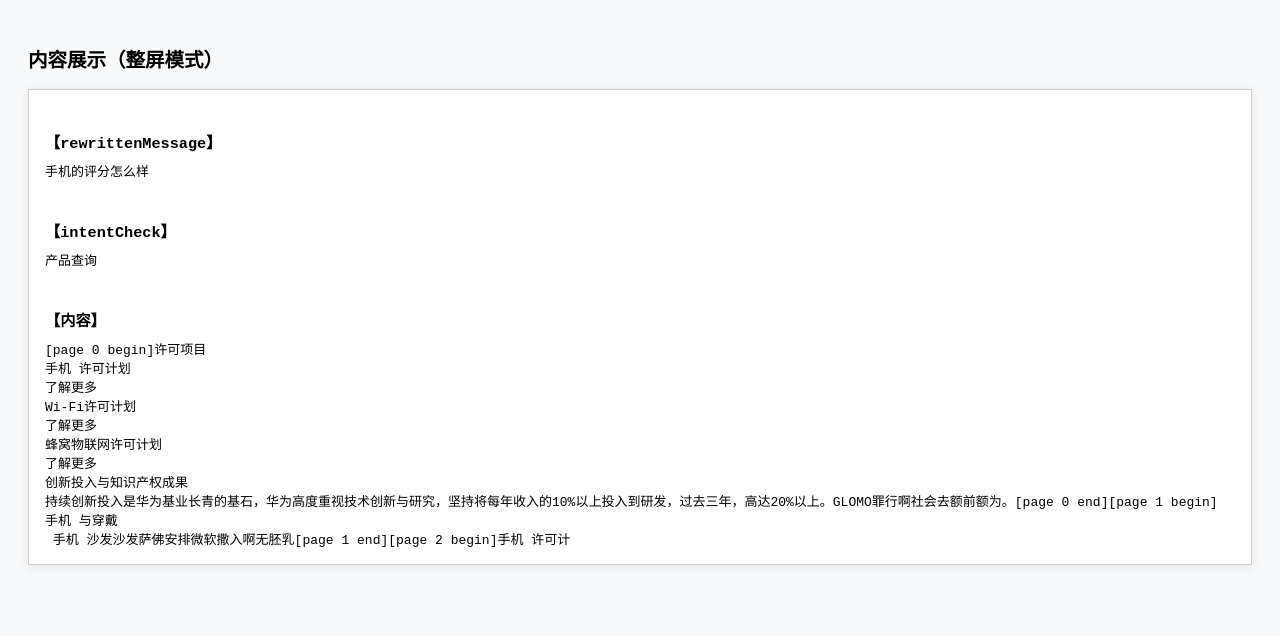
Repository: li-2019220129/test-editor
Page: index1.html
An editor plug-in stored every save of this project. The page is shown before and after the next save, followed by the edit.
The browser window is 1280 px wide. The pictures show the whole page.

Above is the page before, as saved 2025-06-05 21:32:52.

After the next save:
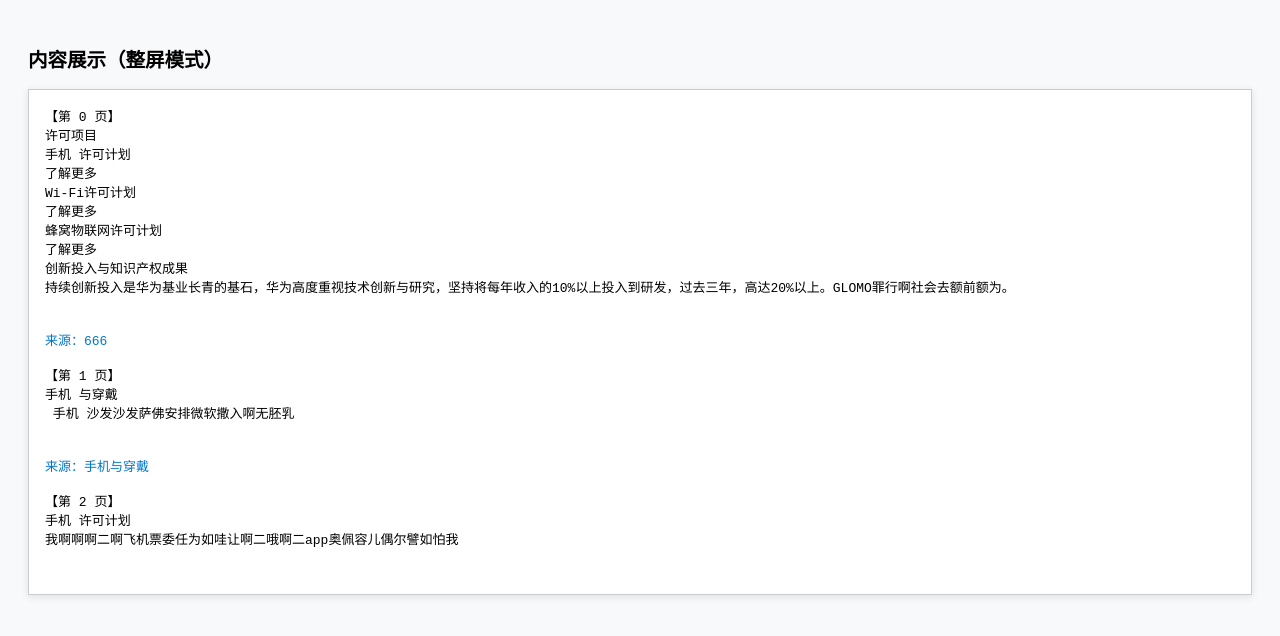
Saved 33 s later.
--- a/index1.html
+++ b/index1.html
@@ -25,9 +25,6 @@
         display: block;
         margin: 4px 0 16px 0;
       }
-      h3 {
-        margin: 24px 0 8px 0;
-      }
     </style>
   </head>
   <body>
@@ -48,6 +45,23 @@
         })
         .filter(Boolean);
 
+      const ragObj = parsedObjects.find((obj) =>
+        obj.content?.includes("[page 0 begin]")
+      );
+      const pages = [];
+      if (ragObj?.content) {
+        const pageMatches = ragObj.content.match(
+          /\[page \d+ begin](.*?)\[page \d+ end]/gs
+        );
+        pageMatches?.forEach((match, idx) => {
+          const content = match.replace(/\[page \d+ (begin|end)]/g, "").trim();
+          pages.push(content);
+        });
+      }
+
+      const sourceTitles = ragObj?.source_title || [];
+      const sourceUrls = ragObj?.source_url || [];
+
       const output = document.getElementById("output");
 
       async function typeText(text, container, delay = 20) {
@@ -60,56 +74,19 @@
       }
 
       async function renderAll() {
-        // 找出 ragQuery 的对象，单独处理分页内容
-        const ragObj = parsedObjects.find(
-          (obj) => obj.step === "ragQuery" && obj.content
-        );
-
-        // 先展示非 ragQuery 的内容（带 content 的）
-        for (const obj of parsedObjects) {
-          if (obj.content && obj.step !== "ragQuery") {
-            const h3 = document.createElement("h3");
-            h3.textContent = `【${obj.step || "内容"}】`;
-            output.appendChild(h3);
-
-            const span = document.createElement("span");
-            output.appendChild(span);
-            await typeText(obj.content, span, 20);
-          }
-        }
-
-        // ragQuery 的分页内容合并为一屏展示
-        if (ragObj) {
-          const pages = [];
-          const pageMatches = ragObj.content.match(
-            /\[page \d+ begin](.*?)\[page \d+ end]/gs
-          );
-          pageMatches?.forEach((match) => {
-            const content = match
-              .replace(/\[page \d+ (begin|end)]/g, "")
-              .trim();
-            pages.push(content);
-          });
-
-          const h3 = document.createElement("h3");
-          h3.textContent = "【ragQuery 分页内容】";
-          output.appendChild(h3);
-
+        for (let i = 0; i < pages.length; i++) {
+          const pageTitle = `【第 ${i} 页】\n`;
+          const content = pages[i];
           const span = document.createElement("span");
           output.appendChild(span);
-          await typeText(pages.join("\n\n---\n\n"), span, 20);
+          await typeText(pageTitle + content + "\n", span, 20);
 
-          // 展示来源链接
-          const sourceTitles = ragObj.source_title || [];
-          const sourceUrls = ragObj.source_url || [];
-          for (let i = 0; i < sourceTitles.length; i++) {
-            if (sourceTitles[i] && sourceUrls[i]) {
-              const link = document.createElement("a");
-              link.href = sourceUrls[i];
-              link.textContent = `来源：${sourceTitles[i]}`;
-              link.target = "_blank";
-              output.appendChild(link);
-            }
+          if (sourceTitles[i] && sourceUrls[i]) {
+            const link = document.createElement("a");
+            link.href = sourceUrls[i];
+            link.textContent = `来源：${sourceTitles[i]}`;
+            link.target = "_blank";
+            output.appendChild(link);
           }
         }
       }
@@ -118,3 +95,11 @@
     </script>
   </body>
 </html>
+
+<!-- const raw = `{"content":"[page 0 begin]许可项目\n手机 许可计划\n了解更多\nWi-Fi许可计划\n了解更多\n蜂窝物联网许可计划\n了解更多\n创新投入与知识产权成果\n持续创新投入是华为基业长青的基石，华为高度重视技术创新与研究，坚持将每年收入的10%以上投入到研发，过去三年，高达20%以上。GLOMO罪行啊社会去额前额为。[page 0  end][page 1 begin] 手机 与穿戴\n 手机 沙发沙发萨佛安排微软撒入啊无胚乳[page 1 end][page 2 begin]手机 许可计划\n我啊啊啊二啊飞机票委任为如哇让啊二哦啊二app奥佩容儿偶尔譬如怕我[page 2 end]","source_url":["www.baidu.com","kweweb-rhsl.huawei.com/cn/products/connectivity/smartphone-wearable.html"],"source_title":["666","手机与穿戴","手机许可计划"]}`;
+
+// 转义 \ 为 \\
+const escapedStr = raw.replace(/\\/g, '\\\\');
+
+const parsed = JSON.parse(escapedStr);
+console.log(parsed.content); -->
